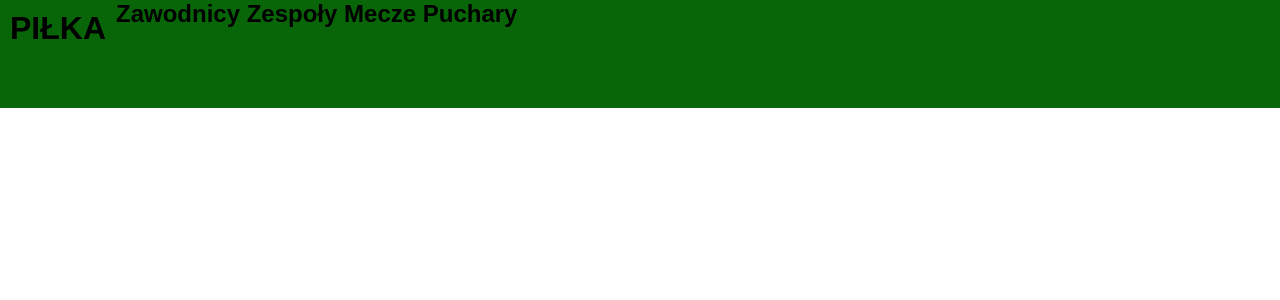
Repository: ZABA78/PAZW
Page: index.html
These files come from the project's save history. The page is drawn as it stood at one moment and after the next save; the edit follows.
The browser window is 1280 px wide. The pictures show the whole page.
Some web fonts or font styles are not loaded; a fallback is used.

Above is the page before, as saved 2023-10-17 14:00:48.

### index.html
<!DOCTYPE html>
<html lang="en">
<head>
    <meta charset="UTF-8">
    <meta http-equiv="X-UA-Compatible" content="IE=edge">
    <meta name="viewport" content="width=device-width, initial-scale=1.0">
    <link rel="stylesheet" href="style.css">
    <title>Piłka</title>
    <style>
        @import url('https://fonts.googleapis.com/css2?family=Tilt+Neon&display=swap');
        </style>
</head>
<body>
    <header>
        <!--<img src="pilka.png" alt="logo" class = "logo">--><h1>PIŁKA</h1>
        <nav>
            <h2>Zawodnicy
            Zespoły
            Mecze
            Puchary</h2>
        </nav>
    </header>
</body>
</html>

### style.css
*
{
    font-family: 'Tilt Neon', sans-serif;
    margin:0;
    padding: 0;
    box-sizing: border-box;
}
.logo
{
    height: 100vh;

}
h1
{
    padding: 10px;
    float: left;
}
header
{
    background-color: rgb(8, 102, 8);
    height: 15vh;


}
h2
{

}

After the next save:
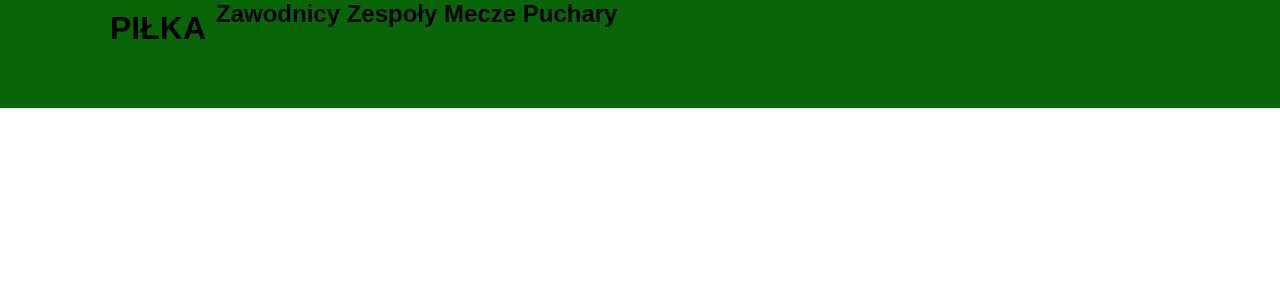
Saved 16 s later.
--- a/style.css
+++ b/style.css
@@ -14,6 +14,7 @@ h1
 {
     padding: 10px;
     float: left;
+    margin-left: 100px;
 }
 header
 {
